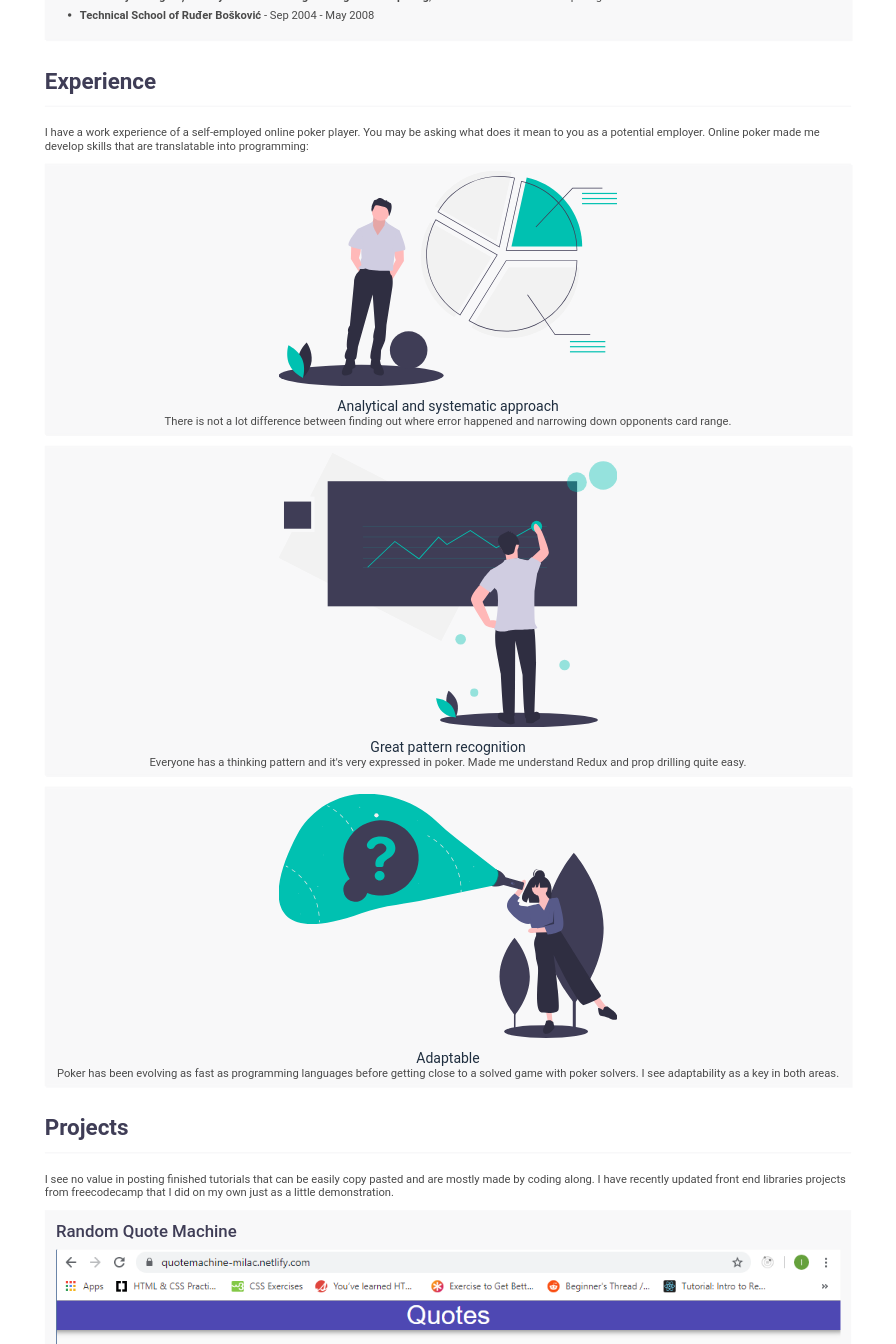
Repository: milac0/my-website
Page: /
These files come from the project's save history. The page is drawn as it stood at one moment and after the next save; the edit follows.
The browser window is 1280 px wide. The pictures show the part of the page from y = 1127 to 3047 px (the page is 7651 px tall before and 7468 px after), at 70% of full size.
The project was rebuilt for these pictures with package versions that can differ from the ones it lists, and the page was loaded fresh each time. Also part of the build but not shown: src/components/formContact.module.css, src/components/FormContact.js, src/pages/contact.module.css, src/pages/Contact.js. Imported but missing from the stored project, and not drawn on this page: src/resume.pdf.

Above is the page before, as saved 2019-10-24 20:26:07.

After the next save:
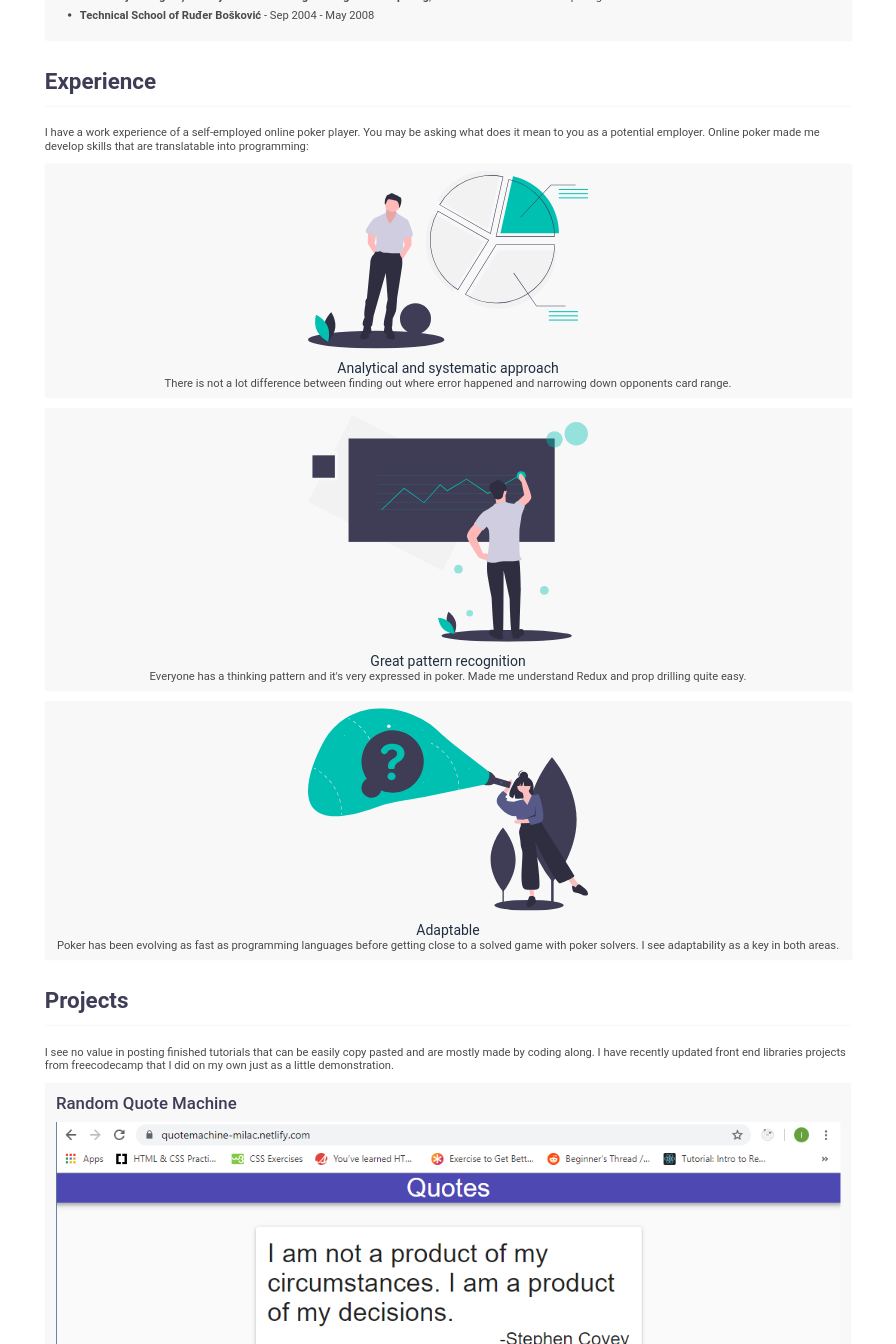
Saved 34 s later.
--- a/src/index.css
+++ b/src/index.css
@@ -191,7 +191,7 @@ section {
   display: block;
   margin: 0 auto 1em auto;
   height: auto;
-  max-width: 484px;
+  max-width: 400px;
   width: 100%;
 }
 
